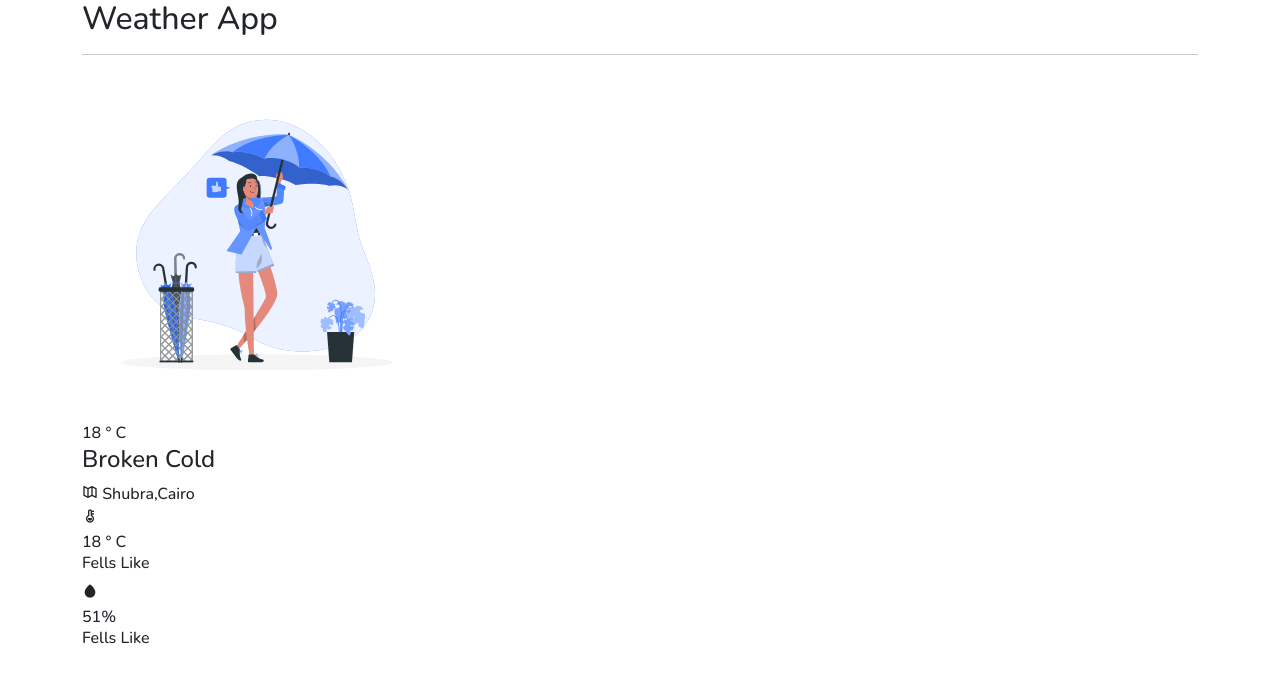
Repository: youssef168/Weather-App
Page: index.htm
An editor plug-in stored every save of this project. The page is shown before and after the next save, followed by the edit.
The browser window is 1280 px wide. The pictures show the whole page.

Above is the page before, as saved 2021-12-28 19:19:22.

### index.htm
<!DOCTYPE html>
<html lang="en">
<head>
    <meta charset="UTF-8">
    <meta http-equiv="X-UA-Compatible" content="IE=edge">
    <meta name="viewport" content="width=device-width, initial-scale=1.0">
    <link href="https://cdn.jsdelivr.net/npm/bootstrap@5.1.3/dist/css/bootstrap.min.css" rel="stylesheet" integrity="sha384-1BmE4kWBq78iYhFldvKuhfTAU6auU8tT94WrHftjDbrCEXSU1oBoqyl2QvZ6jIW3" crossorigin="anonymous">
    <link rel="preconnect" href="https://fonts.googleapis.com">
    <link rel="preconnect" href="https://fonts.gstatic.com" crossorigin>
    <link href="https://fonts.googleapis.com/css2?family=Nunito:ital,wght@0,300;0,500;0,600;0,700;0,900;1,200;1,300;1,400;1,500;1,700&family=Work+Sans:ital,wght@1,400;1,600&display=swap" rel="stylesheet">
    <link rel="stylesheet" href="./style.css">
    <link href='https://unpkg.com/boxicons@2.1.1/css/boxicons.min.css' rel='stylesheet'>

    <title>Document</title>
</head>
<body>
    <div class="container">
        <div class='row'>
          <div class='col'>
              <h2>Weather App</h2>
              <hr>
              <div class="wearher-img">
                  <img class="w-100" src="./Umbrella-rafiki.svg" alt="">
              </div>
              <div class="weather-details">
                  <span class="degree">18</span>
                  <span class="sign">°</span>
                  <span class="sign-2">
                    C
                  </span>
                  <h4>Broken Cold</h4>
              </div>
              <div class="location">
                <i class='bx bx-map-alt'></i>
                <span>Shubra,Cairo</span>
              </div>
              <div class="detail-box">
                  <div class="column fellLike">
                    <i class='bx bxs-thermometer'></i>
                    <div class="innerFeild">
                        <span class="degree-2">18</span>
                        <span class="sign">°</span>
                        <span class="sign-2">
                          C
                        </span>
                    </div>
                    <h6>Fells Like</h6>
                  </div>
              </div>
              <div class="detail-box">
                  <div class="column Humidity">
                    <i class='bx bxs-droplet'></i>
                    <div class="innerFeild">
                        <span class="degree-3">51%</span>
                    </div>
                    <h6>Fells Like</h6>
                  </div>
              </div>
          </div>
    </div>

    <script src="./script.js"></script>
    <script src="https://cdn.jsdelivr.net/npm/bootstrap@5.1.3/dist/js/bootstrap.bundle.min.js" integrity="sha384-ka7Sk0Gln4gmtz2MlQnikT1wXgYsOg+OMhuP+IlRH9sENBO0LRn5q+8nbTov4+1p" crossorigin="anonymous"></script>
</body>
</html>

### style.css
/* Start Global Rules */
body {
    font-family: 'Nunito', sans-serif;

}

.super {
    margin-top: 120px;
    /* background-image: url('./blob.svg');
    background-repeat: no-repeat;
    background-size: covere; */
}
.super::after {
    content: '';
    background: #F7F7F7;
    width: 56%;
    height: 79%;
    position: absolute;
    left: -11%;
    top: 0;
    z-index: -1;
    transform: rotate(
35deg);
    border-radius: 28px;
}
/* end Global Rules */

h1 {
    font-weight: bold !important;
    font-size: 3.6rem !important;
    margin-bottom: 30px;
    line-height: 55px ;
}


.wearher-img {
    width: 350px;
}

Loaded but not shown: script.js (no copy from this time; the picture is the same without it)

After the next save:
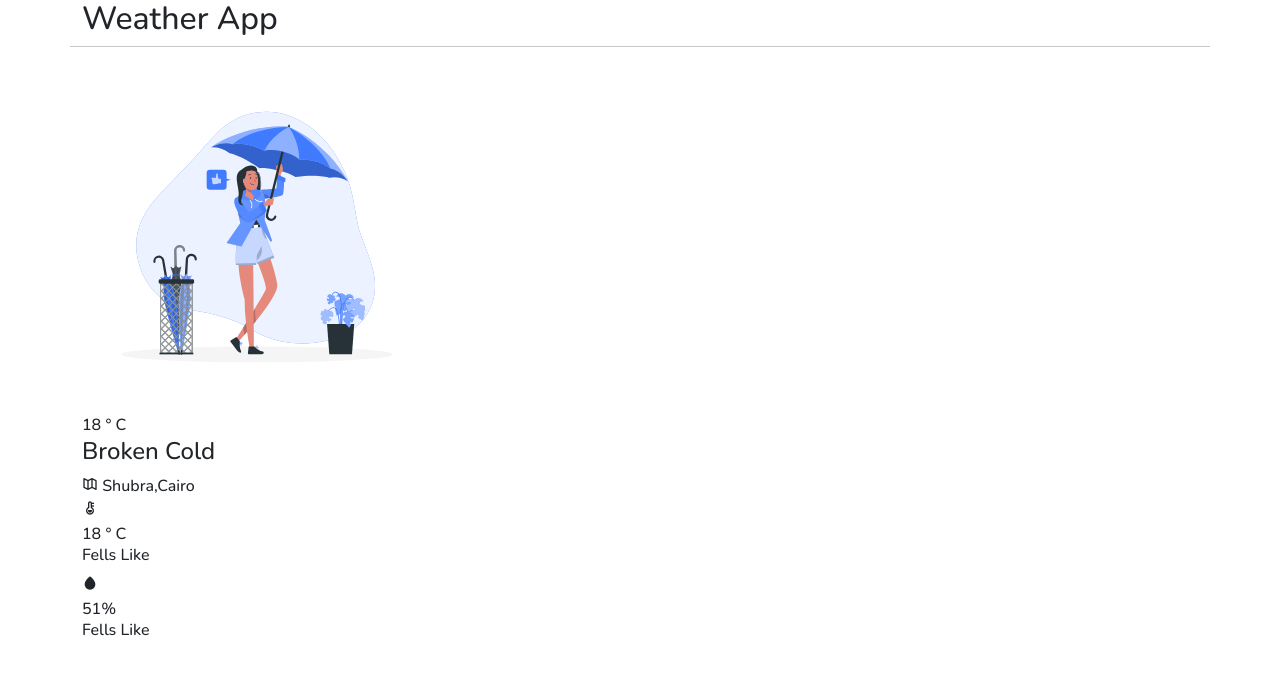
Saved 3 min 15 s later.
--- a/index.htm
+++ b/index.htm
@@ -16,9 +16,9 @@
 <body>
     <div class="container">
         <div class='row'>
+            <h2>Weather App</h2>
+            <hr>
           <div class='col'>
-              <h2>Weather App</h2>
-              <hr>
               <div class="wearher-img">
                   <img class="w-100" src="./Umbrella-rafiki.svg" alt="">
               </div>
